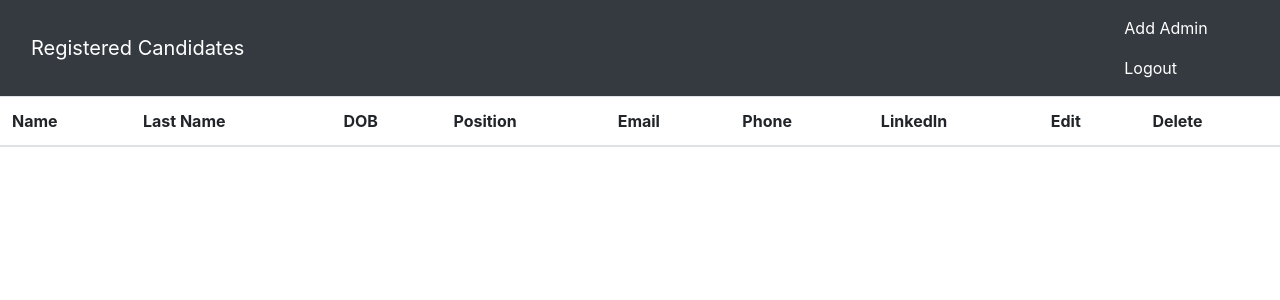
Repository: vinayvinay25794/RegistrationDemo
Page: http://localhost/allRegistrations
The author's editor kept a copy of each file at every save. The page is drawn from the files as they stood at one save, then again after the next save.
The browser window is 1280 px wide. The pictures show the whole page.
Some web libraries are served in a nearby version. The page is this project's Thymeleaf template; nobody is signed in. The template is opened directly, without the code that normally fills it, so the values that code supplies are empty.

Above is the page before, as saved 2021-03-19 06:03:25.

### Hibernate/src/main/resources/templates/allRegistrations.html
<!DOCTYPE html>
<html xmlns:th="http://www.thymeleaf.org">
<head>
<meta charset="ISO-8859-1">
<title>Registration</title>
<link rel="stylesheet" href="https://maxcdn.bootstrapcdn.com/bootstrap/4.0.0/css/bootstrap.min.css" integrity="sha384-Gn5384xqQ1aoWXA+058RXPxPg6fy4IWvTNh0E263XmFcJlSAwiGgFAW/dAiS6JXm" crossorigin="anonymous">
<script src="https://code.jquery.com/jquery-3.2.1.slim.min.js" integrity="sha384-KJ3o2DKtIkvYIK3UENzmM7KCkRr/rE9/Qpg6aAZGJwFDMVNA/GpGFF93hXpG5KkN" crossorigin="anonymous"></script>
<script src="https://cdnjs.cloudflare.com/ajax/libs/popper.js/1.12.9/umd/popper.min.js" integrity="sha384-ApNbgh9B+Y1QKtv3Rn7W3mgPxhU9K/ScQsAP7hUibX39j7fakFPskvXusvfa0b4Q" crossorigin="anonymous"></script>
<script src="https://maxcdn.bootstrapcdn.com/bootstrap/4.0.0/js/bootstrap.min.js" integrity="sha384-JZR6Spejh4U02d8jOt6vLEHfe/JQGiRRSQQxSfFWpi1MquVdAyjUar5+76PVCmYl" crossorigin="anonymous"></script>
</head>
<body>

 	<nav class="navbar navbar-expand-lg navbar-dark bg-dark">

 	<div class="container-fluid">
 	<div class="navbar-header">
  <a class="navbar-brand" href="#" th:href="@{/}"> Registered Candidates </a>
  <button class="navbar-toggler" type="button" data-toggle="collapse" data-target="#navbarSupportedContent" aria-controls="navbarSupportedContent" aria-expanded="false" aria-label="Toggle navigation">
    <span class="navbar-toggler-icon"></span>
  </button>
	</div>
	</div>

  <div class="collapse navbar-collapse" id="navbarSupportedContent">
  <div class="nav navbar-nav navbar-right">
    <ul class="nav navbar-nav ">
      <li class="nav-item active">
        <a class="nav-link" href="/" th:href="@{/registration}">Add Admin <span class="sr-only">(current)</span></a>
      </li>
      <li class="nav-item active">
        <a class="nav-link" th:href="@{/logout}">Logout</a>
      </li>
      </ul>
  </div>
  </div>

</nav>


<!--
	<nav class="navbar navbar-inverse">
	  <div class="container-fluid">
	    <div class="navbar-header">
	      <button type="button" class="navbar-toggle " data-toggle="collapse" data-target="#navbar" arira-expanded="false" aria-contriols="navbar">
	        <span class="icon-bar"></span>
	        <span class="icon-bar"></span>
	        <span class="icon-bar"></span>
	      </button>
	      <a class="navbar-brand" href="#" th:href="@{/}">Registered Candidates </a>
	      </div>
	      <div class="navbar-collapse collapse">
	      <div class="nav navbar-nav navbar-right">
	       <ul class="nav navbar-nav">
            <li th:classappend="${module == 'home' ? 'active' : ''}">
              <a href="/" th:href="@{/registration}">Add Admin</a>
            </li>
            <li th:classappend="${module == 'tasks' ? 'active' : ''}">
              <a th:href="@{/logout}">Logout</a>
            </li>
          </ul>     -->
	      <!--  <div class="nav navbar-nav navbar-right">

					<span><a href="/" th:href="@{/registration}">
					<span class="glyphicon glyphicon-log-in" aria-hidden="true"></span>&nbsp;Add Admin
					</a></span>

				</div>

				<div id="navbar" class="nav navbar-nav navbar-right">
				<ul >

					<li sec:authorize="isAuthenticated()"><a th:href="@{/logout}">
					<span class="glyphicon glyphicon-log-in" aria-hidden="true"></span>&nbsp;Logout
					</a></li>
				</ul>

			</div>
	    </div>
	   </div>
	   </div>

	</nav> -->

	<table class="table table-hover">
    <thead>
        <tr>
            <th> Name </th>
           <th> Last Name </th>
            <th> DOB </th>
            <th> Position </th>
            <th> Email </th>
            <th> Phone </th>
            <th> LinkedIn </th>
            <th> Edit </th>
            <th> Delete </th>
        </tr>
    </thead>
    <tbody>
        <tr th:each="emp : ${allEmps}">
            <td><span th:text="${emp.firstName}"> firstName </span></td>
            <td><span th:text="${emp.lastName}"> lastName </span></td>
            <td><span th:text="${emp.dateOfBirth}"> dateOfBirth </span></td>
            <td><span th:text="${emp.applyingForPosition}"> applyingForPosition </span></td>
            <td><span th:text="${emp.emailId}"> emailId </span></td>
            <td><span th:text="${emp.phone}"> phone </span></td>
            <td><span th:text="${emp.LinkedIn}"> LinkedIn </span></td>
         	<td><a th:href="@{/edit/{id}(id=${emp.id})}">Edit</a></td>
           <!--   <td><a th:href="@{/delete/{id}(id=${emp.id})}">Delete</a></td> -->

            <td>

    <button type="button" class="btn btn-outline-light text-dark" data-toggle="modal"
    th:attr="data-target='#empDeleteModal'+${emp.id}">Delete</button>



	<div class="modal modal-warning fade in" th:id="empDeleteModal+${emp.id}" role="dialog">
	<div class="modal-dialog">
        <div class="modal-content">
            <div class="modal-header">
                <button type="button" class="close" data-dismiss="modal" aria-label="Close">
                    <span aria-hidden="true">×</span></button>
                <h5 class="modal-title">Delete User</h5>
            </div>
            <div class="modal-body">
                <h3>Are you sure want to delete this user?</h3>
            </div>
            <div class="modal-footer">
                <button type="button" class="btn btn-outline pull-left" data-dismiss="modal">Close</button>
                <a th:href="@{/delete/{id}(id=${emp.id})}">Delete</a>
            </div>
        </div>
    </div>
</div>


     <!-- Modal -->
     <!--
        <div class="modal fade" th:attr="id='empDeleteModal'+${emp.id}" tabindex="-1" role="dialog" aria-labelledby="empDeleteModalLabel" aria-hidden="true">
          <div class="modal-dialog" role="document">
            <div class="modal-content">
              <div class="modal-header">
                <h5 class="modal-title" id="empDeleteModalLabel">Delete Record</h5>
                <button type="button" class="close" data-dismiss="modal" aria-label="Close">
                  <span aria-hidden="true">&times;</span>
                </button>
              </div>
              <div class="modal-body">
                Are you sure you want to delete this record?
              </div>
              <div class="modal-footer">
                <button type="button" class="btn btn-secondary" data-dismiss="modal">No</button>
                <a href="allRegistrations.html" class="btn btn-primary" th:href="@{/delete/{id}(id=${emp.id})}">Yes</a>
              </div>
            </div>
          </div>
        </div>    -->
        <!-- Modal end -->

    </td>

        </tr>
    </tbody>
</table>


				<!--  <div>
					<span><a href="/" th:href="@{/registration}">Add Admin</a></span>
				</div>-->
				<!--  <div id="navbar" class="collapse navbar-collapse">
				<ul class="nav navbar-nav">
					<li sec:authorize="isAuthenticated()"><a th:href="@{/logout}">Logout</a></li>
				</ul>
			</div>-->
			<!--  <div id="navbar" class="collapse navbar-collapse">
				<ul class="nav navbar-nav">
					<li sec:authorize="isAuthenticated()"><a th:href="@{/logout}">Logout</a></li>
				</ul>
			</div>-->

</body>
</html>

After the next save:
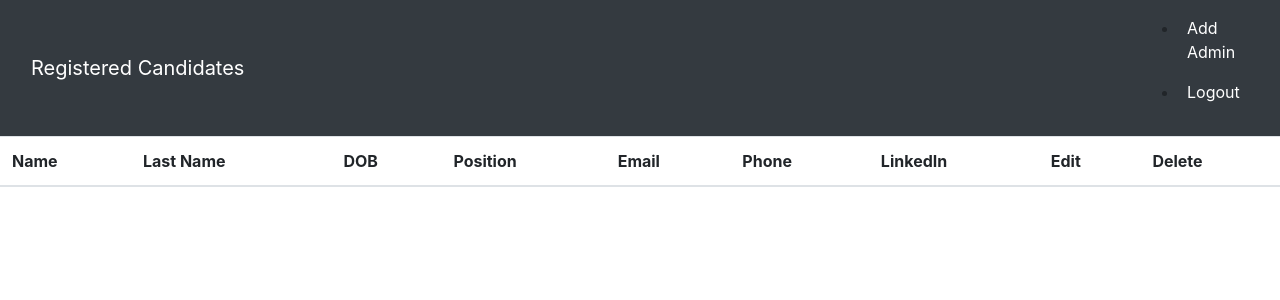
Saved 5 min 41 s later.
--- a/Hibernate/src/main/resources/templates/allRegistrations.html
+++ b/Hibernate/src/main/resources/templates/allRegistrations.html
@@ -11,28 +11,27 @@
 <body>
 
  	<nav class="navbar navbar-expand-lg navbar-dark bg-dark">
-
  	<div class="container-fluid">
  	<div class="navbar-header">
-  <a class="navbar-brand" href="#" th:href="@{/}"> Registered Candidates </a>
-  <button class="navbar-toggler" type="button" data-toggle="collapse" data-target="#navbarSupportedContent" aria-controls="navbarSupportedContent" aria-expanded="false" aria-label="Toggle navigation">
-    <span class="navbar-toggler-icon"></span>
-  </button>
+  		<a class="navbar-brand" href="#" th:href="@{/}"> Registered Candidates </a>
+ 		 <button class="navbar-toggler" type="button" data-toggle="collapse" data-target="#navbarSupportedContent" aria-controls="navbarSupportedContent" aria-expanded="false" aria-label="Toggle navigation">
+   		 <span class="navbar-toggler-icon"></span>
+ 		 </button>
 	</div>
 	</div>
 
-  <div class="collapse navbar-collapse" id="navbarSupportedContent">
-  <div class="nav navbar-nav navbar-right">
-    <ul class="nav navbar-nav ">
-      <li class="nav-item active">
-        <a class="nav-link" href="/" th:href="@{/registration}">Add Admin <span class="sr-only">(current)</span></a>
-      </li>
-      <li class="nav-item active">
-        <a class="nav-link" th:href="@{/logout}">Logout</a>
-      </li>
-      </ul>
-  </div>
-  </div>
+  	<div class="collapse navbar-collapse" id="navbarSupportedContent">
+  	<div class="nav navbar-nav navbar-right">
+    	<ul>
+     	 <li class="nav-item active">
+      	  <a class="nav-link" href="/" th:href="@{/registration}">Add Admin <span class="sr-only">(current)</span></a>
+     	 </li>
+  	     <li class="nav-item active">
+          <a class="nav-link" th:href="@{/logout}">Logout</a>
+         </li>
+    	 </ul>
+  	</div>
+    </div>
 
 </nav>
 
@@ -120,7 +119,7 @@
             <div class="modal-header">
                 <button type="button" class="close" data-dismiss="modal" aria-label="Close">
                     <span aria-hidden="true">×</span></button>
-                <h5 class="modal-title">Delete User</h5>
+               		 <h5 class="modal-title">Delete User</h5>
             </div>
             <div class="modal-body">
                 <h3>Are you sure want to delete this user?</h3>
@@ -131,7 +130,7 @@
             </div>
         </div>
     </div>
-</div>
+	</div>
 
 
      <!-- Modal -->
